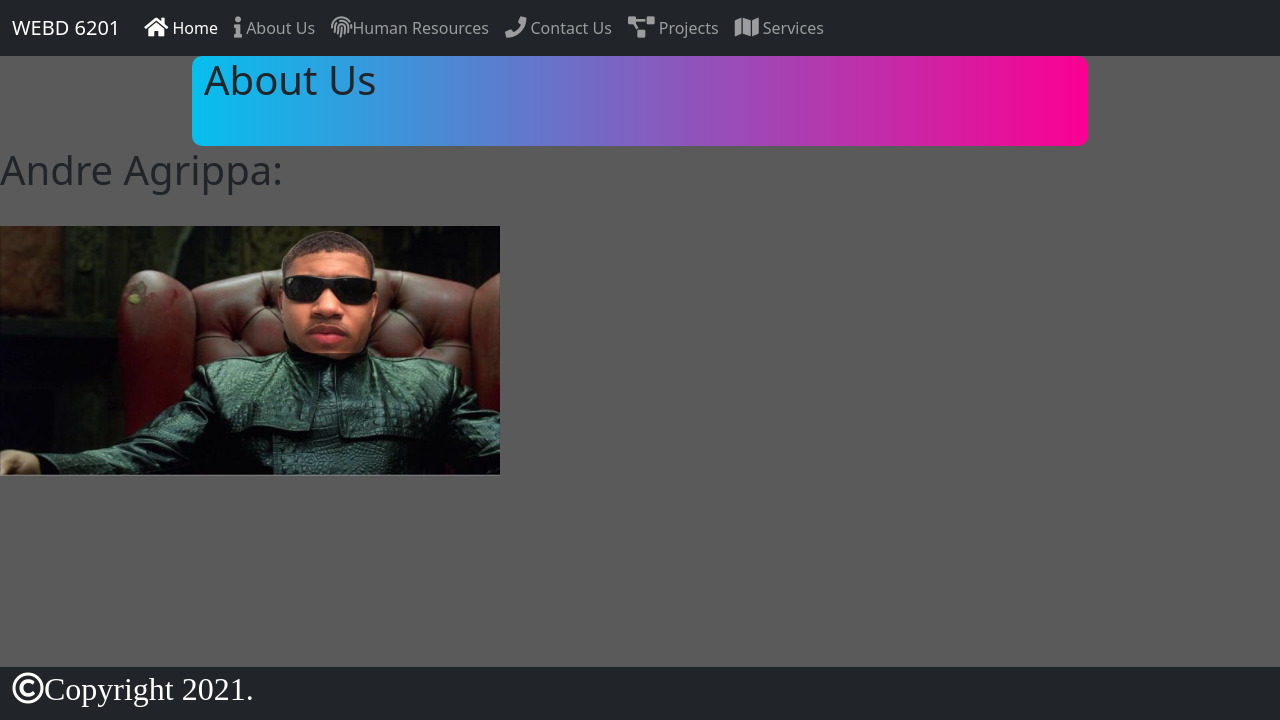
Repository: vans12345678/WEBD6201-W2021-Lab1
Page: about.html
The author's editor kept a copy of each file at every save. The page is drawn from the files as they stood at one save, then again after the next save.
The browser window is 1280 px wide. The pictures show the whole page.

Above is the page before, as saved 2021-01-30 21:22:56.
Console error: TypeError: Cannot set properties of null (setting 'textContent')

### about.html
<!DOCTYPE html>
<html lang="en">
<head>
    <meta charset="UTF-8">
    <meta name="viewport" content="width=device-width, initial-scale=1.0">
    <title>About Us</title>

    <!-- CSS Section -->
    <link rel="stylesheet" href="./node_modules/bootstrap/dist/css/bootstrap.min.css">
    <link rel="stylesheet" href="./node_modules/@fortawesome/fontawesome-free/css/all.min.css">
    <link rel="stylesheet" href="./Content/app.css">
</head>
<body>
  <!-- Main Header -->
    <header>
      <!-- Main Navigation -->
        <nav class="navbar navbar-expand-lg navbar-dark bg-dark">
            <div class="container-fluid">
              <a class="navbar-brand" href="index.html">WEBD 6201</a>
              <button class="navbar-toggler" type="button" data-bs-toggle="collapse" data-bs-target="#navbarSupportedContent" aria-controls="navbarSupportedContent" aria-expanded="false" aria-label="Toggle navigation">
                <span class="navbar-toggler-icon"></span>
              </button>
              <div class="collapse navbar-collapse" id="navbarSupportedContent">
                <ul class="navbar-nav me-auto mb-2 mb-lg-0">
                  <li class="nav-item">
                    <a class="nav-link active" aria-current="page" href="index.html"><i class="fas fa-home fa-lg"></i> Home</a>
                  </li>
                  <li class="nav-item">
                    <a class="nav-link" aria-current="page" href="about.html"><i class="fas fa-info fa-lg"></i> About Us</a>
                  </li>
                  <li class="nav-item">
                    <a class="nav-link" aria-current="page" href="human-resources.html"><i class="fas fa-fingerprint fa-lg"></i>Human Resources</a>
                  </li>
                  <li class="nav-item">
                    <a class="nav-link" aria-current="page" href="contact.html"><i class="fas fa-phone fa-lg"></i> Contact Us</a>
                  </li>
                  <li class="nav-item">
                    <a class="nav-link" aria-current="page" href="projects.html"><i class="fas fa-project-diagram fa-lg"></i> Projects</a>
                  </li>
                  <li class="nav-item">
                    <a class="nav-link" aria-current="page" href="services.html"><i class="fas fa-map fa-lg"></i> Services</a>
                  </li>
                </ul>
              </div>
            </div>
          </nav>
    </header>
  <!-- Main Contents -->
    <main>
        <h1 class = "container">About Us</h1>
        <h1 id="aboutAHeader"></h1>
        </br>
        <img src="../images/morpheus.JPG" alt="" style="width:500px;height:250px;">
    </main>
    <!-- Main Footer -->
    <footer>
      <nav class="navbar fixed-bottom navbar-dark bg-dark">
          <div class="container-fluid">
              <h4><i class="far fa-copyright fa-lg site-footer">Copyright 2021.</i></h4>
          </div>
        </nav>
  </footer>
    <!-- Script Section -->
    <script src="./node_modules/jquery/dist/jquery.min.js"></script>
    <script src="./node_modules/bootstrap/dist/js/bootstrap.bundle.min.js"></script>
    <script src="./Scripts/app.js"></script>
</body>
</html>

### Content/app.css
/* custom css goes here */
.Vapor {
    background-image: url('../images/vapor.jpg');
    background-repeat: no-repeat;
    background-attachment: fixed;
    background-size: 100% 100%;
  }
  body
  {
    background-color: rgb(90, 90, 90);
  }
  h1.container{
    border-radius: 10px;
    width: 70%;
    height: 90px;
    margin: 0px auto;
    background: linear-gradient(90deg,#06bfee,#fb0093)
  }
  h1.projects{
    background-color: white;
  }
  .contact-table{
    width: 100%;
    margin:  50px auto;
    background-color: white;
  }
  .contact-form
  {
    width: 100%;
    margin:  100px auto;
  }
  .warnMessage
  {
    width: 90%;
    margin:  50px;
  }
  .site-footer {
    color:white;
  }

### Scripts/app.js
/************************************************************
 * Name: Andre Agrippa, Michai Pryce
 * Date: 01/20/2021
 * Description: This file adds functionality to the Home,
 * About Us, Human Resources, Contact Us, Projects and Services
 * pages.
 */

"use strict";


(function(){

    function displayHome()
    {

        let introText = "This is a simple site to demonstrate the specified requirements for Lab 1 WEBD 6201 - Client Side Scripting";
        let introTextElement = document.getElementById("introParagraph");

        introTextElement.textContent = introText;
        introTextElement.className = "fs-5 fw-bold text-center";

        mainContent.innerHTML =
        `<h1 id = "firstHeading">Welcome to WEBD6201 - Lab 1</h1>
        <p id = "paragraphOne" class = "fs-3 fw-bold">This is my first paragraph</p>
        `;

    }
    function displayAbout()
    {
        let andreHeader = "Andre Agrippa:";
        let andreText = "I'm a 2nd year student at Durham College in the Computer Programming and Analysis program.";

        //Projects 1
        let headerElement = document.getElementById("aboutAHeader");
        let descriptionElement = document.getElementById("aboutAText");
        headerElement.textContent = andreHeader;
        descriptionElement.textContent = andreText;




    }
    function displayProjects()
    {
        //Define text and id's
        let p1Text = "Project One: COBOL Item List";
        let p2Text = "Project Two: C#, XAML, MDF  Preferred Shares and Common Shares";
        let p3Text = "Project Three: ASP.NET and MVC Framework Animal Shelter";
        let p1Description = "This project reads records from a .dat file, performs calculations on the data" +
        " then outputs it to a .out file neatly formatted.";
        let p2Description = "This project uses XAML for the windows form and a database to keep track of common and preferred shares." +
        " The database keeps track of how many shares(common/preferred) are  available and validation is applied.";
        let p3Description = "This project is a web application that keeps track of animals, owners, appointment and login info in a database." +
        " Relational database concepts are applied.";

        //Projects 1
        let projectsTextElement = document.getElementById("p1");
        let p1DescriptionElement = document.getElementById("p1Description");
        projectsTextElement.textContent = p1Text;
        p1DescriptionElement.textContent = p1Description;

        //Projects 2
        projectsTextElement = document.getElementById("p2");
        p1DescriptionElement = document.getElementById("p2Description");
        projectsTextElement.textContent = p2Text;
        p1DescriptionElement.textContent = p2Description;
        //Projects 3
        projectsTextElement = document.getElementById("p3");
        p1DescriptionElement = document.getElementById("p3Description");
        projectsTextElement.textContent = p3Text;
        p1DescriptionElement.textContent = p3Description;




        //Assign styles



    }
    function displayServices()
    {

    }
    function displayContact()
    {

        let messageArea = document.getElementById("messageArea");
        messageArea.hidden = true;

        //form validation
        let fullName = document.getElementById("fullName");
        fullName.addEventListener("blur", function()
        {
            if(fullName.value.length < 2)
            {
                fullName.focus();
                fullName.select();
                messageArea.hidden = false;
                messageArea.className = "alert alert-danger warnMessage";
                messageArea.textContent = "Please enter an appropriate name > 2 characters";
            }
            else
            {
                messageArea.removeAttribute("class");
                messageArea.hidden = true;
            }
        });
            let sendButton = document.getElementById("sendButton");
            sendButton.addEventListener("click", function(event)
            {
                //event.preventDefault();
                // //Displays twice?

                let contact = new Contact(fullName.value,contactNumber.value, emailAddress.value, shortMessage.value);

                console.log(contact.serialize());
                if(contact.serialize())
                {
                    localStorage.setItem((localStorage.length + 1).toString(),contact.serialize());
                }
            });
    }
    function displayContactList()
    {
        if(localStorage.length > 0)
        {
            let contactList = document.getElementById("contactList");
            let data = "";

            for (let index = 0; index < localStorage.length; index++)
            {
                let contactData = localStorage.getItem((index + 1).toString());
                let contact = new Contact();

                contact.deserialize(contactData);

                data += `<tr>
                <th scope="row">${index + 1}</th>
                <td>${contact.FullName}</td>
                <td>${contact.ContactNumber}</td>
                <td>${contact.EmailAddress}</td>
                <td>${contact.ShortMessage}</td>
              </tr>`;
            }
            contactList.innerHTML = data;
        }

    }

    function Start()
    {
        console.log("App Started...");

        //Based of title of html
        switch(document.title)
        {
            case "Index":
                displayHome();
                break;
            case "About Us":
                displayAbout();
                break;
            case "Projects":
                displayProjects();
                break;
            case "Services":
                displayServices();
                break;
            case "Contact Us":
                displayContact();
                break;
            case "Contact-List":
                displayContactList();
                break;
        }


    }

    window.addEventListener("load", Start);

})();

Loaded but not shown: node_modules/bootstrap/dist/css/bootstrap.min.css (library); node_modules/@fortawesome/fontawesome-free/css/all.min.css (library); node_modules/jquery/dist/jquery.min.js (library); node_modules/bootstrap/dist/js/bootstrap.bundle.min.js (library)

After the next save:
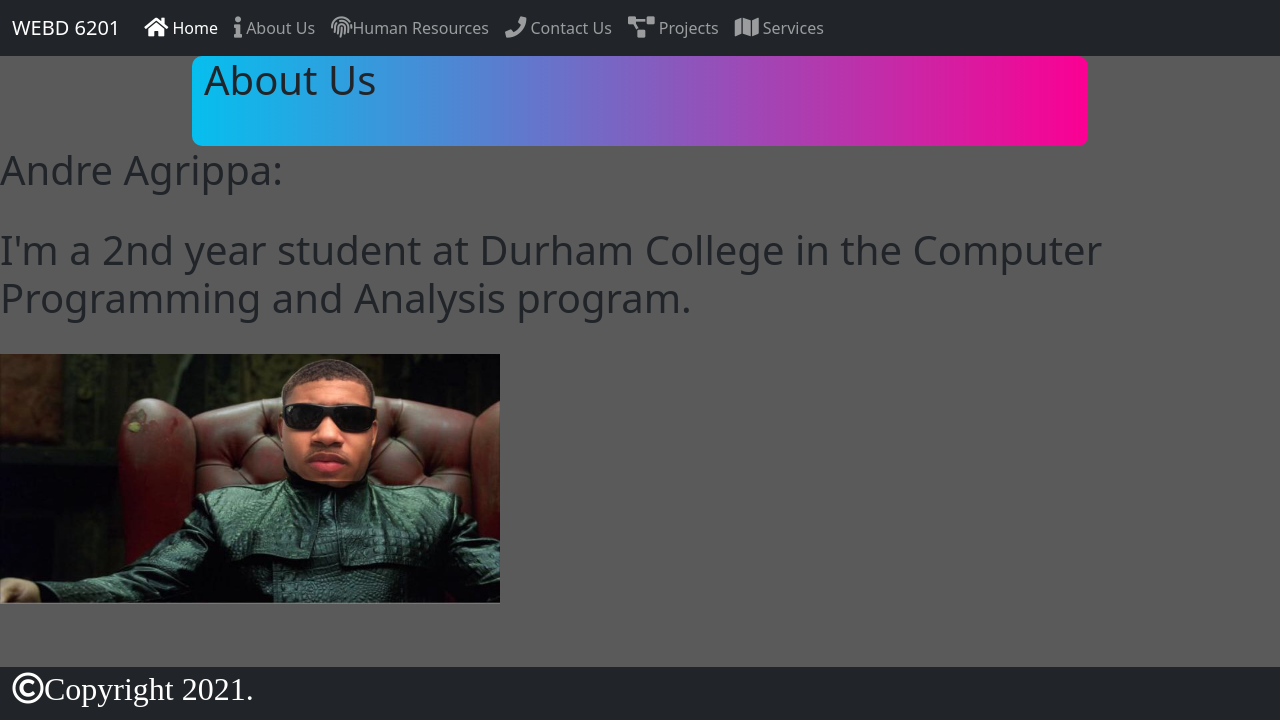
The error is gone.
Saved 5 s later.
--- a/about.html
+++ b/about.html
@@ -50,6 +50,8 @@
         <h1 class = "container">About Us</h1>
         <h1 id="aboutAHeader"></h1>
         </br>
+        <h1 id="aboutAText"></h1>
+        </br>
         <img src="../images/morpheus.JPG" alt="" style="width:500px;height:250px;">
     </main>
     <!-- Main Footer -->
